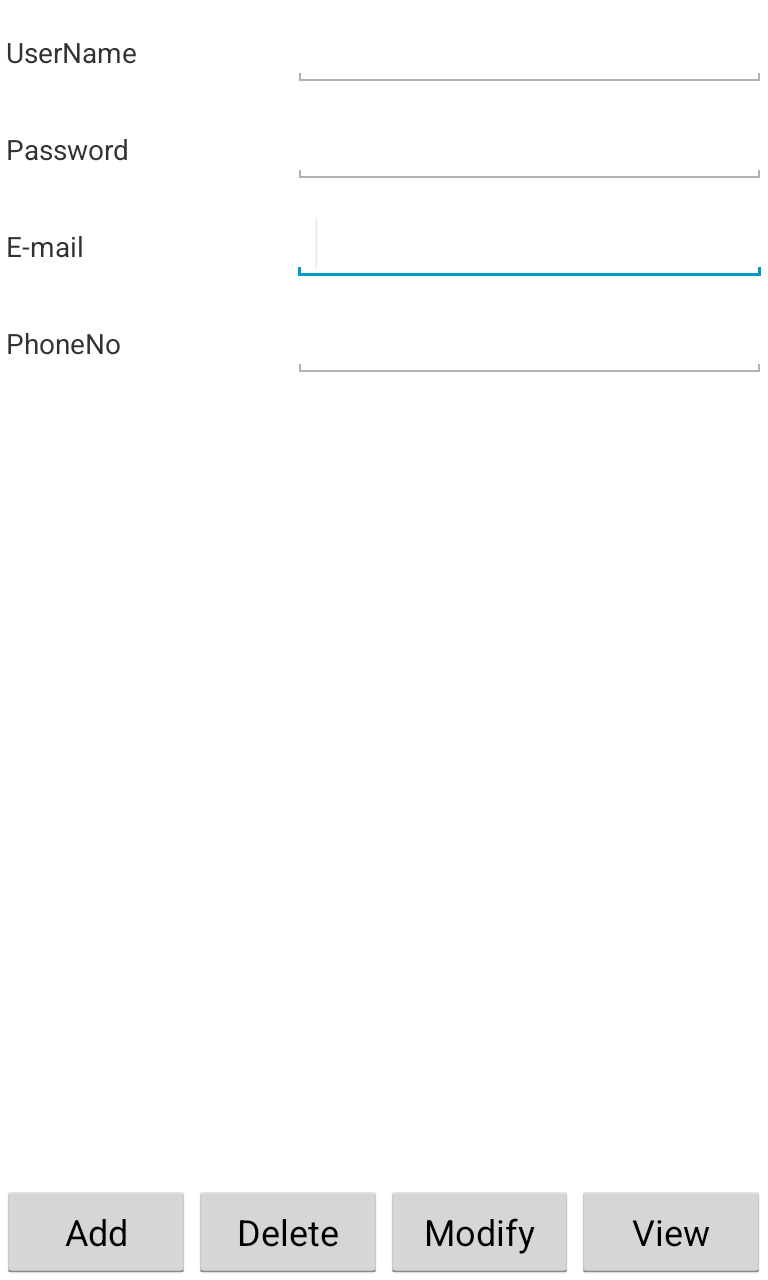
Repository: AungWinnHtut/Android
Layout: mywork1/Sale_system/res/layout/activity_main.xml
These files come from the project's save history. The layout is drawn as it stood at one moment and after the next save; the edit follows.
It is drawn on a 768 x 1280 px phone screen (xhdpi) without system bars, with theme AppTheme; the app's code is not run.

Above is the layout before, as saved 2015-07-12 06:07:45.

After the next save:
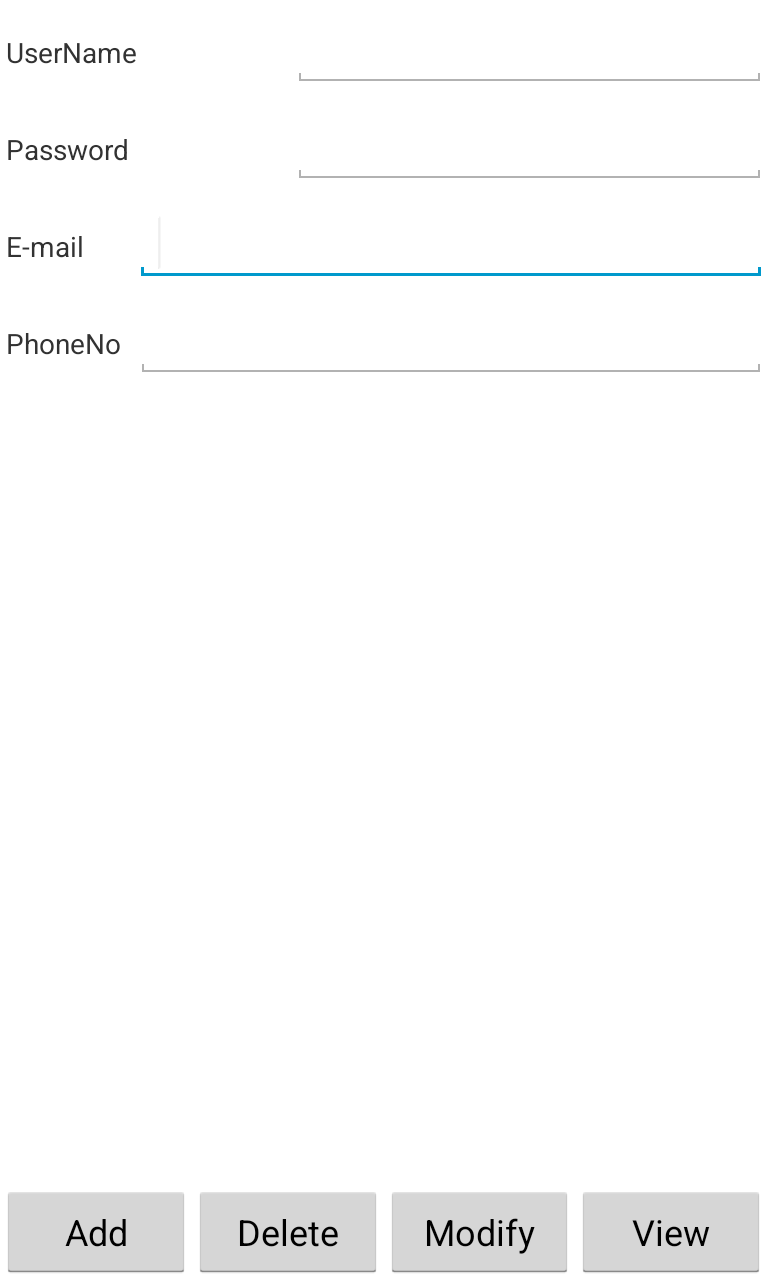
Saved 67 s later.
--- a/mywork1/Sale_system/res/layout/activity_main.xml
+++ b/mywork1/Sale_system/res/layout/activity_main.xml
@@ -81,13 +81,17 @@
 
 
 
+
         <EditText
             android:id="@+id/txtemail"
+            android:layout_width="wrap_content"
             android:layout_height="wrap_content"
             android:layout_weight="0.5"
             android:ems="10" >
 
-            <requestFocus />
+
+            <requestFocus android:layout_width="match_parent" />
+
         </EditText>
 
     </LinearLayout>
@@ -112,8 +116,10 @@
             android:text="PhoneNo" />
 
 
+
         <EditText
             android:id="@+id/txtphone"
+            android:layout_width="wrap_content"
             android:layout_height="wrap_content"
             android:layout_weight="0.5"
             android:ems="10" />
